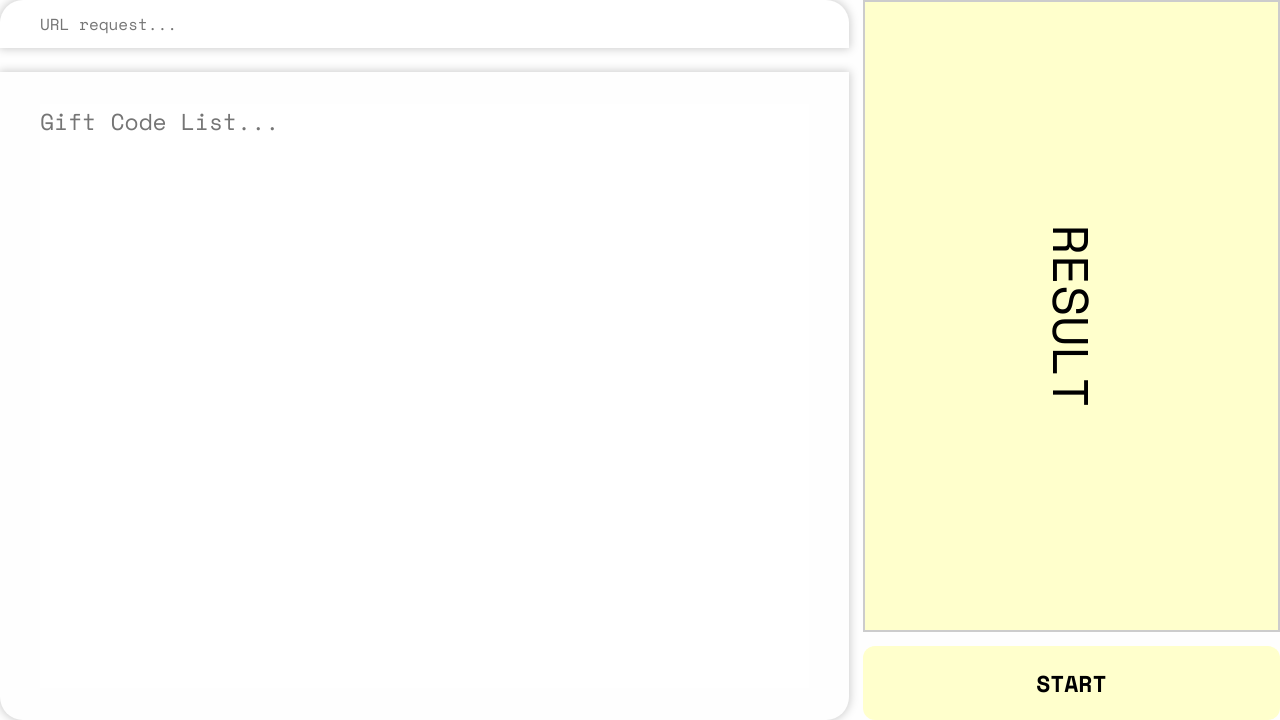
Repository: 777hanh777hanh/test
Page: index.html
An editor plug-in stored every save of this project. The page is shown before and after the next save, followed by the edit.
The browser window is 1280 px wide. The pictures show the whole page.
The pointer rests on the first visible `.btn`.

Above is the page before, as saved 2023-06-30 17:52:22.

### index.html
<!DOCTYPE html>
<html lang="en">
    <head>
        <meta charset="UTF-8" />
        <meta name="viewport" content="width=device-width, initial-scale=1.0" />
        <title>Request API</title>
        <!-- Fonts -->
        <link rel="preconnect" href="https://fonts.googleapis.com" />
        <link rel="preconnect" href="https://fonts.gstatic.com" crossorigin />
        <link
            href="https://fonts.googleapis.com/css2?family=Space+Mono:wght@400;700&display=swap"
            rel="stylesheet"
        />
        <!-- CSS -->
        <link rel="stylesheet" href="./assets/css/reset.css" />
        <link rel="stylesheet" href="./assets/css/style.css" />
    </head>
    <body>
        <div class="inner">
            <!-- Input URL -->
            <div class="url-block">
                <input type="text" name="" id="url" class="url" placeholder="URL request..."></input>
            </div>
            <!-- Text Area -->
            <div class="giftCode-block">
                <textarea name="" id="giftCode" class="giftCode" placeholder="Gift Code List..."></textarea>
            </div>

            <!-- Result Block -->
            <div class="result-block">
                <div class="result"></div>
                <button class="btn">Start</button>
            </div>
        </div>
        <script src="./assets/js/main.js"></script>
    </body>
</html>

### assets/css/reset.css
html,
body,
div,
span,
applet,
object,
iframe,
h1,
h2,
h3,
h4,
h5,
h6,
p,
blockquote,
pre,
a,
abbr,
acronym,
address,
big,
cite,
code,
del,
dfn,
em,
img,
ins,
kbd,
q,
s,
samp,
small,
strike,
strong,
sub,
sup,
tt,
var,
b,
u,
i,
center,
dl,
dt,
dd,
ol,
ul,
li,
fieldset,
form,
label,
legend,
table,
caption,
tbody,
tfoot,
thead,
tr,
th,
td,
article,
aside,
canvas,
details,
embed,
figure,
figcaption,
footer,
header,
hgroup,
menu,
nav,
output,
ruby,
section,
summary,
time,
mark,
audio,
video {
    margin: 0;
    padding: 0;
    border: 0;
    font-size: 100%;
    font: inherit;
    vertical-align: baseline;
}
/* HTML5 display-role reset for older browsers */
article,
aside,
details,
figcaption,
figure,
footer,
header,
hgroup,
menu,
nav,
section {
    display: block;
}
body {
    line-height: 1;
}
ol,
ul {
    list-style: none;
}
blockquote,
q {
    quotes: none;
}
blockquote:before,
blockquote:after,
q:before,
q:after {
    content: '';
    content: none;
}
table {
    border-collapse: collapse;
    border-spacing: 0;
}

button,
input,
textarea,
[tabindex] {
    outline: none;
    border: none;
    font-family: inherit;
}

a {
    text-decoration: none;
}

### assets/css/style.css
:root {
    --text-color: #333;
    --font-family: 'Space Mono', monospace;
}

* {
    padding: 0;
    margin: 0;
    box-sizing: border-box;
}

html {
    font-size: 62.5%;
}

body {
    min-height: 100vh;
    font-family: var(--font-family, 'system-ui');
    -webkit-font-smoothing: antialiased;
    -moz-osx-font-smoothing: grayscale;
    font-size: 1.6rem;
    overflow: overlay;
    background: #fefefe;
}

html *::-webkit-scrollbar {
    border-radius: 0;
    width: 8px;
}
html *::-webkit-scrollbar-thumb {
    border-radius: 4px;
    background-color: rgba(22, 24, 35, 0.06);
}
html *::-webkit-scrollbar-track {
    border-radius: 0;
    background-color: rgba(0, 0, 0, 0);
}

/* CSS */
.inner {
    min-height: 100vh;
    display: grid;
    grid-template-columns: repeat(3, 1fr);
    grid-template-rows: auto 3fr;
    grid-template-areas:
        'url url result'
        'giftCode giftCode result';
    column-gap: 14px;
    row-gap: 24px;
}

/* Input Block */
.url-block {
    grid-area: url;
}

.url {
    display: block;
    padding: 12px 40px;
    width: 100%;
    height: 100%;
    font-size: 1.6rem;
    border-radius: 23px 23px 0 0;
    box-shadow: 0 0 10px 1px #ccc;
}

.giftCode-block {
    grid-area: giftCode;
    padding: 32px 40px;
    border-radius: 0 0 23px 23px;
    box-shadow: 0 0 10px 1px #ccc;
}

.giftCode {
    display: block;
    width: 100%;
    height: 100%;
    font-size: 2.3rem;
    font-family: var(--font-family, 'monospace');
    resize: none;
}

.result-block {
    grid-area: result;
    display: flex;
    flex-direction: column;
    row-gap: 14px;
}

.result {
    position: relative;
    display: flex;
    justify-content: center;
    align-items: center;
    flex-grow: 1;
    border: 2px solid #ccc;
    background: #ffc;
}

.result:empty::before {
    display: inline-block;
}

.result::before {
    display: none;
    position: absolute;
    content: 'Result';
    text-transform: uppercase;
    font-size: 5rem;
    transform: rotate(90deg);
    overflow: visible;
}

.btn {
    padding: 20px;
    font-size: 2.3rem;
    font-weight: 700;
    text-transform: uppercase;
    border-radius: 12px;
    background: var(--primary-color, #cff);
}

.btn:hover {
    cursor: pointer;
    background-color: var(--secondary-color, #ffc);
}

Loaded but not shown: assets/js/main.js (no stored copy; drawn as an empty file)

After the next save:
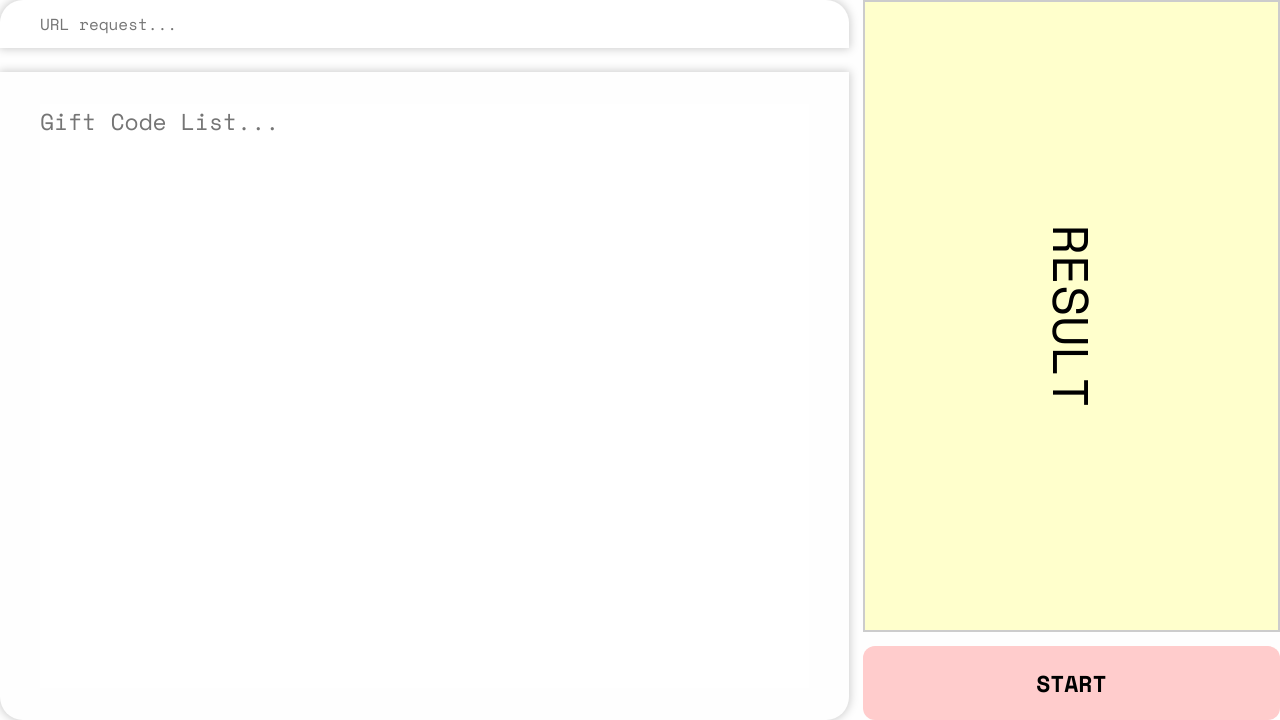
Saved 6 s later.
--- a/assets/css/style.css
+++ b/assets/css/style.css
@@ -122,5 +122,5 @@ html *::-webkit-scrollbar-track {
 
 .btn:hover {
     cursor: pointer;
-    background-color: var(--secondary-color, #ffc);
+    background-color: var(--secondary-color, #fcc);
 }
